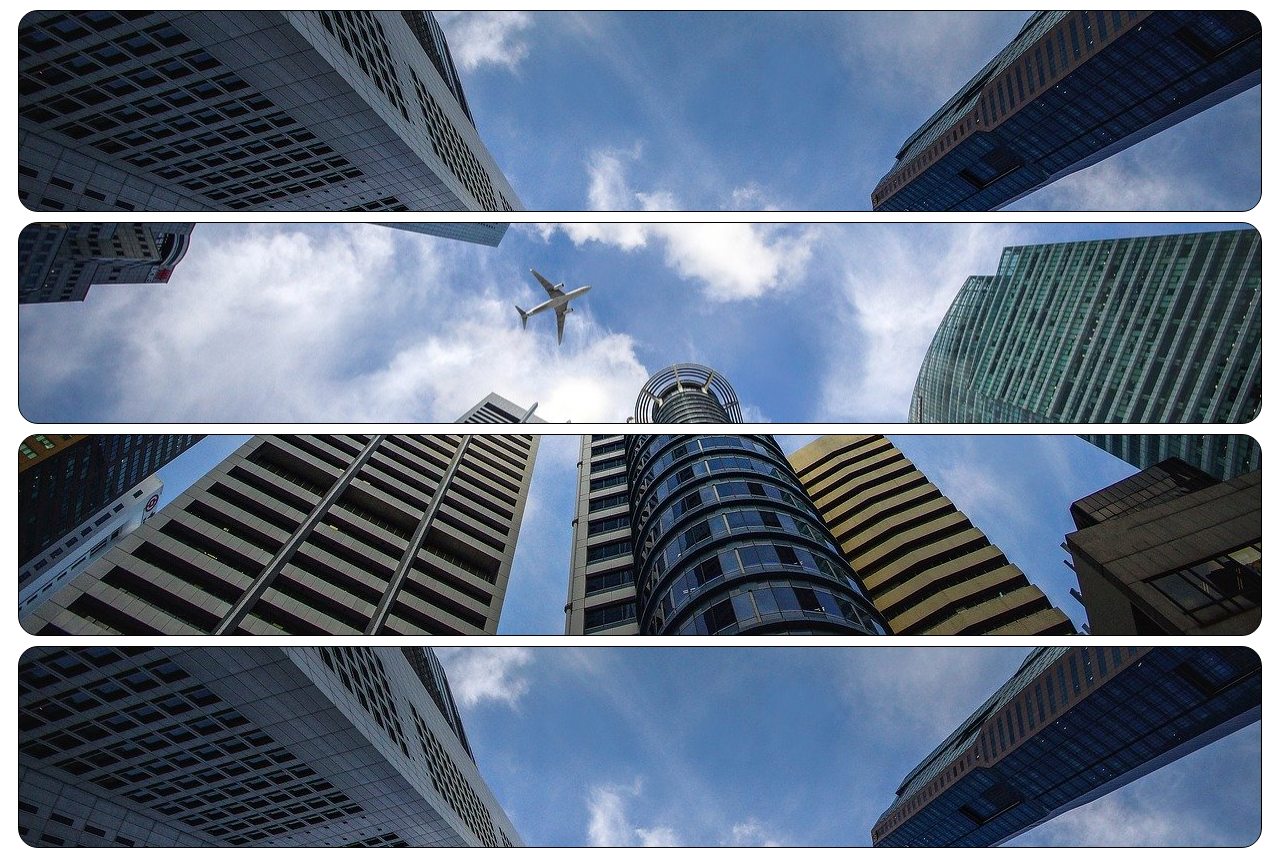
Repository: gustavotwist/html-css
Page: ex22/fundo02.html
The author's editor kept a copy of each file at every save. The page is drawn from the files as they stood at one save, then again after the next save.
The browser window is 1280 px wide. The pictures show the whole page.

Above is the page before, as saved 2024-04-10 22:49:03.

### ex22/fundo02.html
<!DOCTYPE html>
<html lang="pt-br">
<head>
    <meta charset="UTF-8">
    <meta name="viewport" content="width=device-width, initial-scale=1.0">
    <title>Posição dos Fundos</title>
    <style>
        div.bloco {
            background-image:url('imagens/wallpaper002.jpg');
            height: 200px;
            border: 1px solid black;
            border-radius: 20px;
            margin: 10px;
        }

        div#q1 {
            background-position: left top;
        }

        div#q2 {
            background-position: left center;
        }

        div#q3 {
            background-position: right bottom;
        }

        div#q4 {
            background-position: center center;
        }
    </style>
</head>
<body>
   <div class="bloco" id="q1">

   </div>
   <div class="bloco" id="q2">

   </div>
   <div class="bloco" id="q3">

   </div>
   <div class="bloco" id="">

   </div>
</body>
</html>

After the next save:
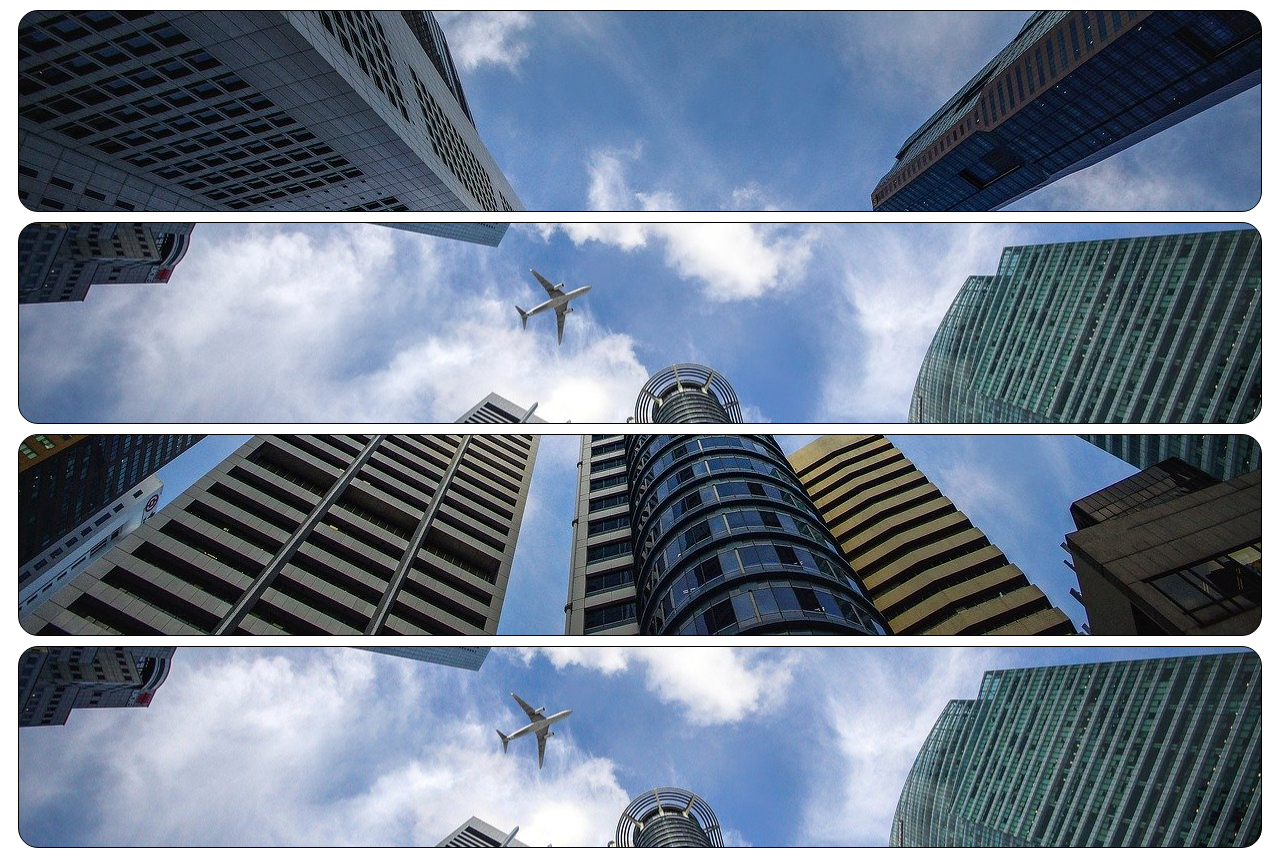
Saved 4 s later.
--- a/ex22/fundo02.html
+++ b/ex22/fundo02.html
@@ -40,7 +40,7 @@
    <div class="bloco" id="q3">
 
    </div>
-   <div class="bloco" id="">
+   <div class="bloco" id="q4">
 
    </div>
 </body>
